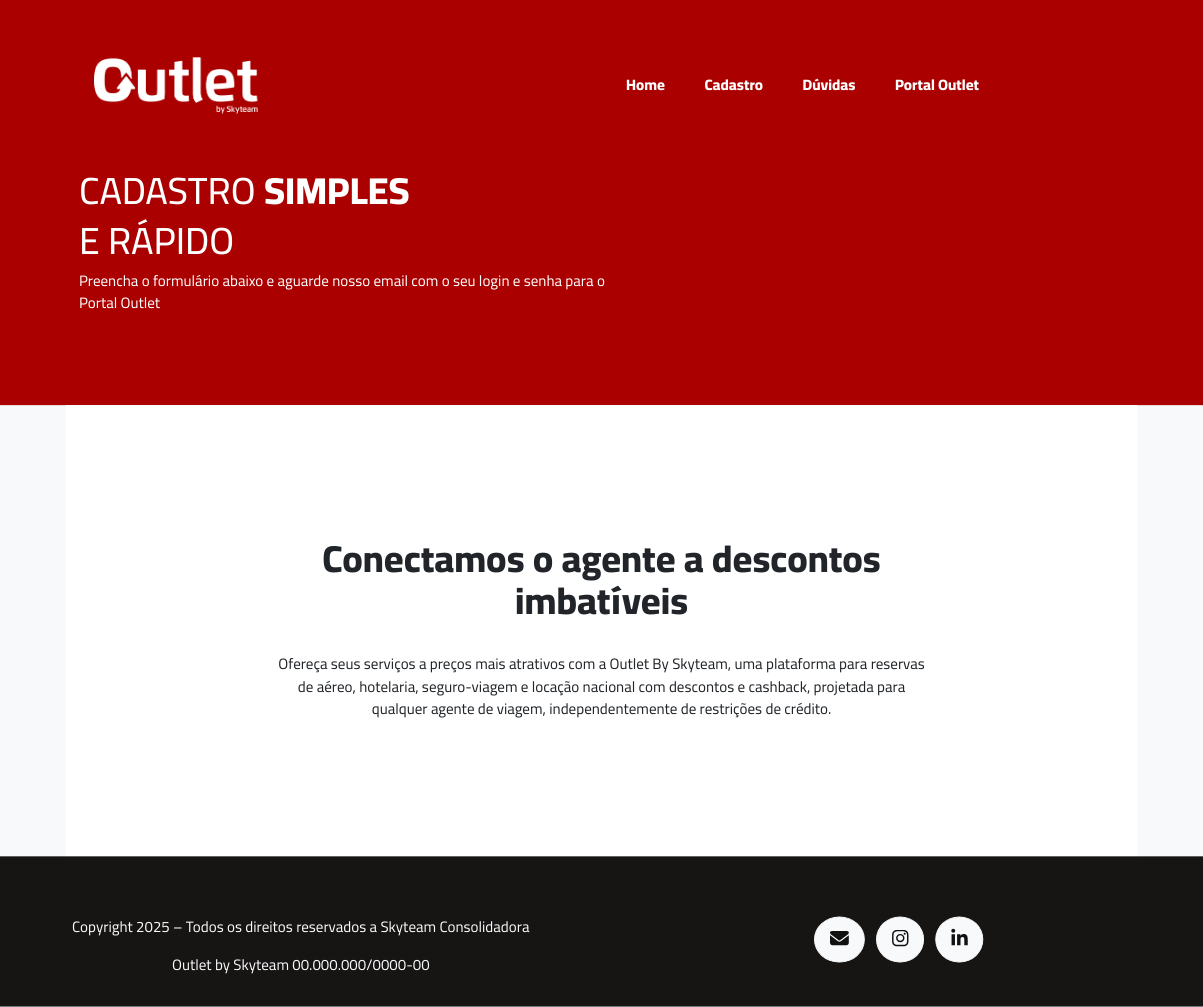
Repository: SkyTeam-Dev/Outlet_Site
Page: Site/Template_Page.html
The author's editor kept a copy of each file at every save. The page is drawn from the files as they stood at one save, then again after the next save.
The browser window is 1280 px wide. The pictures show the whole page, at 94% of full size.
Some web libraries are served in a nearby version.

Above is the page before, as saved 2025-03-25 13:51:40.

### Site/Template_Page.html
<!DOCTYPE html>
<html lang="pt-br">

<head>
    <title>:: Outlet by Skyteam ::</title>
    <!-- Define uma descrição otimizada para mecanismos de busca (Maximo 160 caracteres mas o recomendado é 50 caracteres) -->
    <meta name="description"
        content="CADASTRO SIMPLES, DESCONTOS E CASHBACK A viagem do seu cliente com as melhores condições Conectamos o agente a descontos imbatíveis Ofereça seus serviços a preços mais atrativos com a Outlet By Skyteam, uma plataforma para reservas de aéreo, hotelaria, seguro-viagem e locação nacional com descontos e cashback, projetada para qualquer agente de viagem" />
    <!-- Define palavras-chave (não tem mais impacto no Google, mas pode ajudar em outros mecanismos) -->
    <meta name="keywords" content="palavra-chave1, palavra-chave2, palavra-chave3">
    <meta charset="utf-8">
    <meta http-equiv="X-UA-Compatible" content="IE=edge">
    <link rel="canonical" href="https://outlet.tur.br/" />
    <link rel='shortlink' href='https://outlet.tur.br/' />

    <!-- Define a indexação pelos mecanismos de busca -->
    <meta name="robots" content="index, follow"> <!-- Para indexar e seguir links -->
    <meta name="googlebot" content="index, follow"> <!-- Específico para o Google -->
    <meta name="bingbot" content="index, follow"> <!-- Específico para o Bing -->

    <!-- GOOGLE JSON-LD para SEO -->
    <script type="application/ld+json">
        {
          "@context": "https://schema.org",
          "@type": "WebSite",
          "name": "Outlet by Skyteam",
          "url": "https://outlet.tur.br",
          "description": "CADASTRO SIMPLES, DESCONTOS E CASHBACK A viagem do seu cliente com as melhores condições Conectamos o agente a descontos imbatíveis Ofereça seus serviços a preços mais atrativos com a Outlet By Skyteam, uma plataforma para reservas de aéreo, hotelaria, seguro-viagem e locação nacional com descontos e cashback, projetada para qualquer agente de viagem.",
          "image": "https://outlet.tur.br/Templates/Default/Imagens/OG_Outlet_Base.jpg",
          "author": {
            "@type": "Person",
            "name": "Outlet"
          },
          "publisher": {
            "@type": "Organization",
            "name": "Outlet by Skyteam",
            "logo": {
              "@type": "ImageObject",
              "url": "https://outlet.tur.br/Templates/Default/Imagens/OG_Outlet_Base.jpg"
            }
          }
        }
        </script>
    <!-- GOOGLE JSON-LD para SEO -->

    <!-- Define o autor do conteúdo -->
    <meta name="author" content="Outlet by Skyteam">

    <!-- Controla como o Google exibe o snippet do site -->
    <meta name="google" content="nosnippet"> <!-- Impede snippets na SERP -->
    <meta name="google" content="max-snippet:-1, max-image-preview:large, max-video-preview:-1">
    <!-- Personaliza como o conteúdo é mostrado -->

    <!-- Diz ao Google para não traduzir a página automaticamente -->
    <meta name="google" content="notranslate">

    <!-- Define a geolocalização para buscas locais -->
    <meta name="DC.title" content="Outlet By SkyTeam" />
    <meta name="geo.region" content="BR-RS" />
    <meta name="geo.placename" content="Porto Alegre" />
    <meta name="geo.position" content="-30.030205;-51.229975" />
    <meta name="ICBM" content="-30.030205, -51.229975" />
    <!-- Criador do conteúdo -->
    <meta name="DC.creator" content="Outlet By SkyTeam">
    <!-- Assunto ou tema do conteúdo -->
    <meta name="DC.subject" content="CADASTRO SIMPLES, DESCONTOS E CASHBACK para qualquer agente de viagem"">
<!-- Descrição do conteúdo -->
<meta name=" DC.description"
        content="CADASTRO SIMPLES, DESCONTOS E CASHBACK A viagem do seu cliente com as melhores condições Conectamos o agente a descontos imbatíveis Ofereça seus serviços a preços mais atrativos com a Outlet By Skyteam, uma plataforma para reservas de aéreo, hotelaria, seguro-viagem e locação nacional com descontos e cashback, projetada para qualquer agente de viagem">

    <!-- Editora ou organização responsável -->
    <meta name="publisher" content="Outlet By SkyTeam">
    <!-- Identificador único (ex: URL, DOI) -->
    <meta name="identifier" content="https://outlet.tur.br">
    <!-- Idioma do conteúdo -->
    <meta name="language" content="pt-BR">

    <!-- Direitos autorais e licenciamento -->
    <meta name="rights" content="© 2025 Outlet By SkyTeam. Todos os direitos reservados.">


    <!-- Definição do protocolo Open Graph BASE -->
    <meta property="og:type" content="website">
    <!-- URL canônica da página -->
    <meta property="og:url" content="https://outlet.tur.br/">
    <!-- Título que aparecerá no compartilhamento -->
    <meta property="og:title" content="Outlet by Skyteam">
    <!-- Descrição curta e chamativa -->
    <meta property="og:description"
        content="CADASTRO SIMPLES, DESCONTOS E CASHBACK A viagem do seu cliente com as melhores condições Conectamos o agente a descontos imbatíveis Ofereça seus serviços a preços mais atrativos com a Outlet By Skyteam, uma plataforma para reservas de aéreo, hotelaria, seguro-viagem e locação nacional com descontos e cashback, projetada para qualquer agente de viagem">
    <!-- Imagem para exibição no compartilhamento -->
    <meta property="og:image" content="https://outlet.tur.br/Templates/Default/Imagens/OG_Outlet_Base.jpg">
    <!-- 1200x630 pixels é o tamanho recomendado pelo Facebook e outras redes sociais -->
    <meta property="og:image:alt" content="Logo da Outlet descrição">
    <!-- Especificações adicionais para a imagem -->
    <meta property="og:image:width" content="1200">
    <meta property="og:image:height" content="630">
    <!-- Nome do site (opcional, mas recomendado) -->
    <meta property="og:site_name" content="Outlet by Skyteam">
    <!-- Idioma da página -->
    <meta property="og:locale" content="pt_BR">
    <!-- Definição do protocolo Open Graph BASE -->

    <!-- Twitter Card -->
    <meta name="twitter:card" content="summary_large_image">
    <meta name="twitter:title" content="Outlet by Skyteam">
    <meta name="twitter:description"
        content="CADASTRO SIMPLES, DESCONTOS E CASHBACK A viagem do seu cliente com as melhores condições Conectamos o agente a descontos imbatíveis Ofereça seus serviços a preços mais atrativos com a Outlet By Skyteam, uma plataforma para reservas de aéreo, hotelaria, seguro-viagem e locação nacional com descontos e cashback, projetada para qualquer agente de viagem">
    <meta name="twitter:image" content="https://outlet.tur.br/Templates/Default/Imagens/OG_Outlet_Base.jpg">
    <!-- Twitter Card -->



    <meta name="viewport" content="width=device-width, initial-scale=1, shrink-to-fit=no">

    <link rel='preconnect' href='//fonts.googleapis.com' />
    <link rel="preconnect" href="//fonts.gstatic.com" crossorigin>
    <link rel='preconnect' href='//jsdelivr.net' />
    <link rel='preconnect' href='//cdn.jsdelivr.net' />
    <link rel='preconnect' href='//code.jquery.com' />



    <!-- CSS -->
    <link rel="stylesheet"
        href="https://cdn.jsdelivr.net/npm/@fortawesome/fontawesome-free@6.7.2/css/fontawesome.min.css">
        <link rel="stylesheet" href="Templates/Default/CSS/bootstrap.css">
    <link rel="stylesheet" href="Templates/Default/CSS/Site.css">

    <link rel="stylesheet" href="https://cdn.jsdelivr.net/npm/slick-carousel@1.8.1/slick/slick.css" />
    <link rel="stylesheet" href="https://cdn.jsdelivr.net/npm/slick-carousel@1.8.1/slick/slick-theme.css" />


    <!-- CSS -->

    <!-- Favicon -->


    <!-- Favicon e Theme Color-->
    <link rel="icon" type="image/png" href="Templates/Default/Imagens/Favicons/favicon-96x96.png" sizes="96x96" />
    <link rel="icon" type="image/svg+xml" href="Templates/Default/Imagens/Favicons/favicon.svg" />
    <link rel="shortcut icon" href="Templates/Default/Imagens/Favicons/favicon.ico" />
    <link rel="icon" href="Templates/Default/Imagens/Favicons/favicon.ico" type="image/x-icon">
    <link rel="apple-touch-icon" sizes="180x180" href="Templates/Default/Imagens/Favicons/apple-touch-icon.png" />
    <link rel="manifest" href="Templates/Default/Imagens/Favicons/site.webmanifest" />
    <link rel="apple-touch-icon" href="Templates/Default/Imagens/Favicons/favicon-96x96.png">
    <meta name="msapplication-TileImage" content="Templates/Default/Imagens/Favicons/favicon-96x96.png">
    <meta name="theme-color" content="#aa0000">
    <meta name="apple-mobile-web-app-capable" content="yes">
    <meta name="apple-mobile-web-app-status-bar-style" content="black-translucent">
    <meta name="msapplication-TileColor" content="#aa0000">
    <!-- Favicon -->


    <!-- Rastreamento e Comunicação -->

    <!-- Rastreamento e Comunicação -->




</head>

<body>

    <div class="container-fluid" id="LoadingPage">
        <div class="row justify-content-center align-items-center text-center">

            <div class="mt-5 col-sm-12 justify-content-center align-items-center text-center">
                <img src="Templates/Default/Imagens/LOGO2.png" class='img-fluid ml-3' alt="Logo" style="height: 60px;">
            </div>
            <div class="col-sm-2 mt-1 justify-content-center align-items-center text-center">
                <div class="LoadingPage mt-5 mb-5"></div>
            </div>

        </div>
    </div>

    <div class="bg-light p-0" id="Site">



        <section id="Cabecalho-Superior" class="p-5 bg-primary">
            <div class="container-fluid justify-content-center align-items-center">
                <!-- =========================== CABEÇALHO (NAVBAR) ============================ -->

                <nav class="navbar navbar-expand-lg navbar-dark">
                    <div class="container-fluid">
                        <!-- Logo / Marca -->
                        <a class="navbar-brand" href="#">
                            <!-- Pode inserir um logo ou texto -->
                            <img src="Templates/Default/Imagens/LOGO1.png" class='img-fluid ml-3' alt="Logo"
                                style="height: 60px;">
                            <!-- Ou usar apenas texto:
                          <span>Outlet</span>
                          -->
                        </a>
                    </div>
                    <!-- Botão para exibir/ocultar menu no mobile -->
                    <button class="text-center btn btn-block navbar-toggler bg-primary text-white collapsed" type="button" data-toggle="collapse"
                        data-target="#navbarNav" aria-controls="navbarNav" aria-expanded="false"
                        aria-label="Toggle navigation">
                        <span class="navbar-toggler-icon"></span>
                    </button>

                    <!-- Itens de navegação -->
                    <div class="collapse navbar-collapse" id="navbarNav">
                        <ul class="navbar-nav ">
                            <!-- Ajuste as rotas conforme necessidade -->
                            <li class="nav-item btn font-weight-bold">
                                <a class="nav-link text-white" href="#">Home</a>
                            </li>
                            <li class="nav-item btn font-weight-bold">
                                <a class="nav-link text-white" href="#">Cadastro</a>
                            </li>
                            <li class="nav-item btn font-weight-bold">
                                <a class="nav-link text-white" href="#">Dúvidas</a>
                            </li>
                            <li class="nav-item btn btn-primary text-white font-weight-bold">
                                <a class="nav-link text-white" href="#">Portal Outlet</a>
                            </li>
                        </ul>
                    </div>
                </nav>

                <div class="col-lg-6 col-sm-12 ml-3 mt-5 mb-5">
                    <h1 class="text-white">CADASTRO <span class="font-weight-bold">SIMPLES</span></h1>
                    <h1 class="text-white">E RÁPIDO</h1>
                    <p class="text-white">Preencha o formulário abaixo e aguarde nosso email com
                        o seu login e senha para o Portal Outlet</p>
                </div>

            </div>


        </section>



        <!-- SLIDER -->
        <!--
        <div class="container-fluid p-0 m-0">

            <div class="row p-0 m-0">
                <div class="col-sm-12 p-0 m-0">
                    <div class="SliderHome">

                        <div>
                            <img class="" src="https://fakeimg.pl/1920x600/ff0000/ffffff" />
                        </div>
                        <div>
                            <img class="" src="https://fakeimg.pl/1920x600/ffcc66/000000" />
                        </div>
                        <div>
                            <img class="" src="https://fakeimg.pl/1920x600/0066cc/ffff00" />
                        </div>
                    </div>
                </div>
            </div>
        </div>
        -->
        <!-- SLIDER -->

        <div class="container bg-primary">

            <div class="row bg-white pb-5 justify-content-center align-items-center">
                <div class="col-sm-12 p-5">
                    <div class="row justify-content-center">

                        <div class="col-xl-8 col-lg-8 col-md-12 col-sm-12 mt-5">
                            <h1 class="mt-5 font-weight-bold text-center">
                                Conectamos o agente a descontos imbatíveis
                            </h1>
                            <br />
                            <p class="text-center mb-5">
                                Ofereça seus serviços a preços mais atrativos com a Outlet By Skyteam, uma
                                plataforma
                                para
                                reservas de aéreo, hotelaria, seguro-viagem e locação nacional com descontos e
                                cashback,
                                projetada para qualquer agente de viagem, independentemente de restrições de
                                crédito.
                            </p>

                        </div>

                    </div>

                </div>

            </div>

        </div>

        <!-- Rodapé -->
        <footer class="bg-gray-site text-light py-3">
            <div class="container-fluid">
                <div class="row">
                    <!-- Coluna com o copyright -->
                    <div class="col-md-6 col-sm-12 mt-5 text-center">
                        <p>Copyright 2025 – Todos os direitos reservados a Skyteam Consolidadora</p>
                        <p>Outlet by Skyteam 00.000.000/0000-00</p>
                    </div>

                    <!-- Coluna com ícones de redes sociais -->
                    <div class="col-md-6 col-sm-12 text-center mt-5">

                        <a href="#" class="mr-2 btn btn-lg btn-light rounded-circle shadow-sm">
                            <i class="fa-solid fa-envelope mt-1"></i>
                        </a>

                        <a href="#" class="mr-2 btn btn-lg btn-light rounded-circle shadow-sm">
                            <i class="fa-brands fa-instagram mt-1"></i>
                        </a>

                        <a href="#" class="mr-2 btn btn-lg btn-light rounded-circle shadow-sm">
                            <i class="fa-brands fa-linkedin-in mt-1"></i>
                        </a>


                    </div>
                </div>
            </div>
        </footer>

    </div>
    </>

    <!-- Scripts Base -->
    <script src="https://cdn.jsdelivr.net/npm/jquery@3.6.0/dist/jquery.min.js"></script>
    <script src="https://cdn.jsdelivr.net/npm/popper.js@1.12.9/dist/umd/popper.min.js"
        integrity="sha384-ApNbgh9B+Y1QKtv3Rn7W3mgPxhU9K/ScQsAP7hUibX39j7fakFPskvXusvfa0b4Q"
        crossorigin="anonymous"></script>
    <script src="https://cdn.jsdelivr.net/npm/bootstrap@4.0.0/dist/js/bootstrap.min.js"
        integrity="sha384-JZR6Spejh4U02d8jOt6vLEHfe/JQGiRRSQQxSfFWpi1MquVdAyjUar5+76PVCmYl"
        crossorigin="anonymous"></script>
    <script src="https://cdn.jsdelivr.net/npm/@fortawesome/fontawesome-free@6.7.2/js/all.min.js"></script>
    <script src="https://cdn.jsdelivr.net/npm/jquery-match-height@0.7.2/dist/jquery.matchHeight.min.js"></script>
    <script src="https://cdn.jsdelivr.net/npm/slick-carousel@1.8.1/slick/slick.min.js"></script>

    <!-- Scripts Base -->

    <script>
        document.addEventListener("DOMContentLoaded", function () {
            setTimeout(() => {
                let loader = document.getElementById("LoadingPage");
                if (loader) {
                    loader.style.transition = "opacity 0.5s";
                    loader.style.opacity = "0";

                    setTimeout(() => {
                        loader.style.display = "none";
                        let site = document.getElementById("Site");
                        if (site) {
                            site.style.display = "block";
                        } else {
                            console.error("Elemento com ID 'Site' não encontrado.");
                        }
                    }, 500);
                } else {
                    console.error("Elemento com ID 'LoadingPage' não encontrado.");
                }
            }, 2000);
        });

    </script>

    <!-- SLIDER CONFIGURAÇÃO -->
    <!--
     <script>
        $(document).ready(function () {
            $('.SliderHome').slick({
                autoplay: true,
                fade: true,
                autoplaySpeed: 2000,
                infinite: true,
                dots: true,
                speed: 600,
                slidesToShow: 1,
                slidesToScroll: 1

            });
        });
    </script>
-->
    <!-- SLIDER CONFIGURAÇÃO -->


    <!-- Rastreamento e Comunicação -->

    <!-- Rastreamento e Comunicação -->

</body>

</html>

### Site/Templates/Default/CSS/Responsive.css
/* Para telas com altura de 1081px ou mais */
@media screen and (min-height: 1081px) {
    .hero {
      height: 55vh !important;
    }

  }

  /* Para telas com largura de 400px ou menos */
  @media screen and (max-width: 400px) {
    .benefits-container {
      max-width: 95% !important;
    }

    .hero {
      padding: 3em;
    }
  }

  /* Para telas com largura de 600px ou menos */
  @media screen and (max-width: 600px) {
    .benefit-item {
      flex-direction: column;
      text-align: center;
    }

    .benefit-icon {
      width: 40px;
      height: 40px;
      margin-bottom: 2em;
    }

   .MarginLeft {
      margin-left: 0 !important;
      text-align: center !important;
      margin: 0.2em auto !important;
    }

    .benefits-container {
      max-width: 90% !important;
    }

    .cadastro-texto {
      margin-left: 0 !important;
    }

    .cadastro-section {
      display: block !important;
    }

    .hero {
      padding: 2em;
    }
  }

  /* Para telas com largura de 900px ou menos */
  @media screen and (max-width: 900px) {
    .benefits-container {
      max-width: 100% !important;
    }

    .hero {
      padding: 80px;
    }


  }

  /* Para telas com largura de 1024px ou menos */
  @media screen and (max-width: 1024px) {
    .hero {
      padding: 2em;
    }



    .benefits-container {
      max-width: 98% !important;
    }
  }

  /* Para telas com largura de 1300px ou menos */
  @media screen and (max-width: 1300px) {

  }

  /* Para telas com largura de 1400px ou menos */
  @media screen and (max-width: 1400px) {

  }

  /* Para telas com largura de 1700px ou menos */
  @media screen and (max-width: 1700px) {
    .
  }

Loaded but not shown: Site/Templates/Default/CSS/bootstrap.css (library); Site/Templates/Default/CSS/Site.css (284 lines, source omitted); Site/Templates/Default/WebFonts/WebFont.css (103 lines, source omitted)

After the next save:
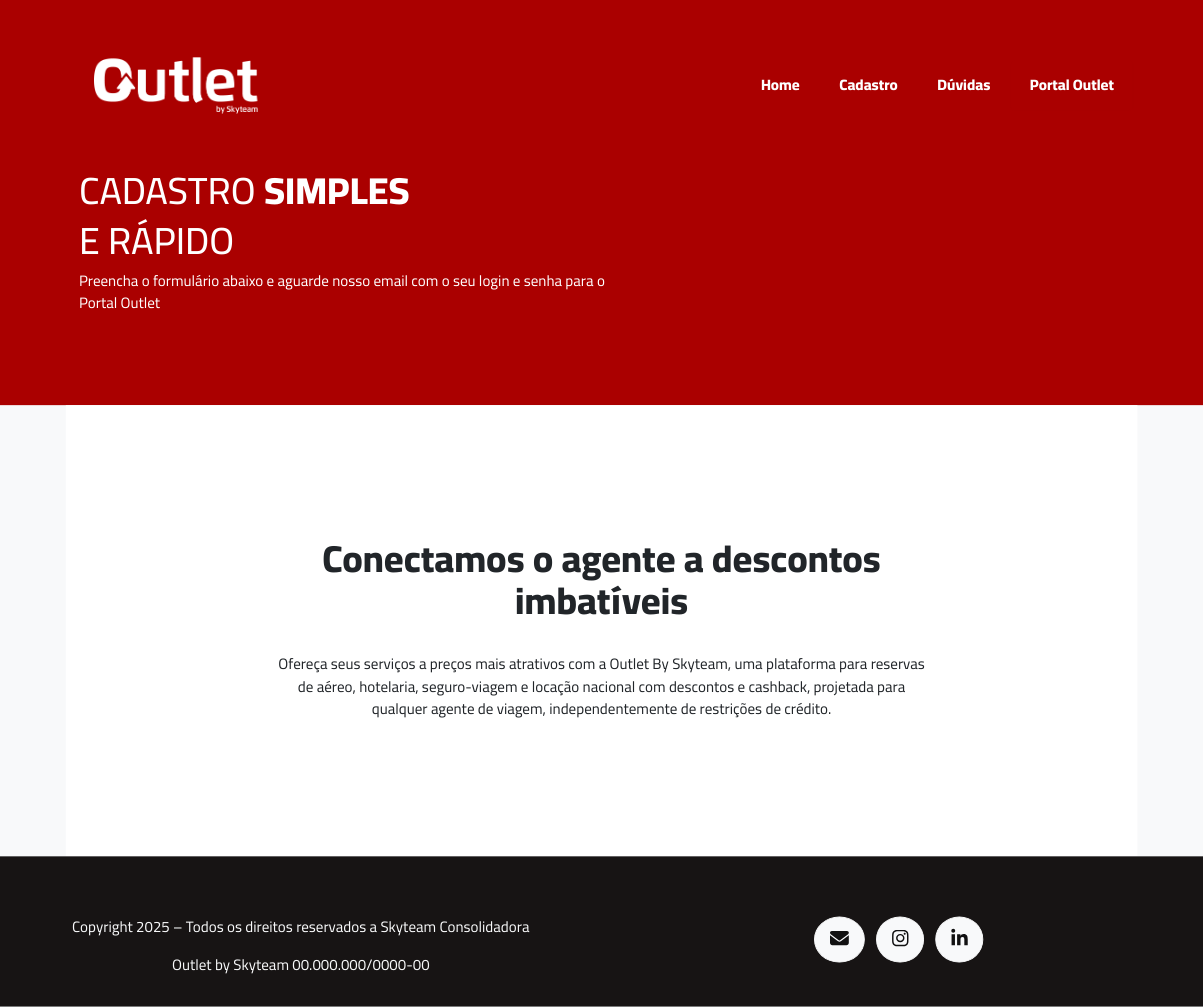
Saved 70 min 42 s later.
--- a/Site/Template_Page.html
+++ b/Site/Template_Page.html
@@ -124,7 +124,7 @@
     <!-- CSS -->
     <link rel="stylesheet"
         href="https://cdn.jsdelivr.net/npm/@fortawesome/fontawesome-free@6.7.2/css/fontawesome.min.css">
-        <link rel="stylesheet" href="Templates/Default/CSS/bootstrap.css">
+    <link rel="stylesheet" href="Templates/Default/CSS/bootstrap.css">
     <link rel="stylesheet" href="Templates/Default/CSS/Site.css">
 
     <link rel="stylesheet" href="https://cdn.jsdelivr.net/npm/slick-carousel@1.8.1/slick/slick.css" />
@@ -197,14 +197,14 @@
                         </a>
                     </div>
                     <!-- Botão para exibir/ocultar menu no mobile -->
-                    <button class="text-center btn btn-block navbar-toggler bg-primary text-white collapsed" type="button" data-toggle="collapse"
-                        data-target="#navbarNav" aria-controls="navbarNav" aria-expanded="false"
-                        aria-label="Toggle navigation">
+                    <button class="text-center btn btn-block navbar-toggler bg-primary text-white collapsed"
+                        type="button" data-toggle="collapse" data-target="#navbarNav" aria-controls="navbarNav"
+                        aria-expanded="false" aria-label="Toggle navigation">
                         <span class="navbar-toggler-icon"></span>
                     </button>
 
                     <!-- Itens de navegação -->
-                    <div class="collapse navbar-collapse" id="navbarNav">
+                    <div class="text-center justify-content-end align-items-center collapse navbar-collapse" id="navbarNav">
                         <ul class="navbar-nav ">
                             <!-- Ajuste as rotas conforme necessidade -->
                             <li class="nav-item btn font-weight-bold">
